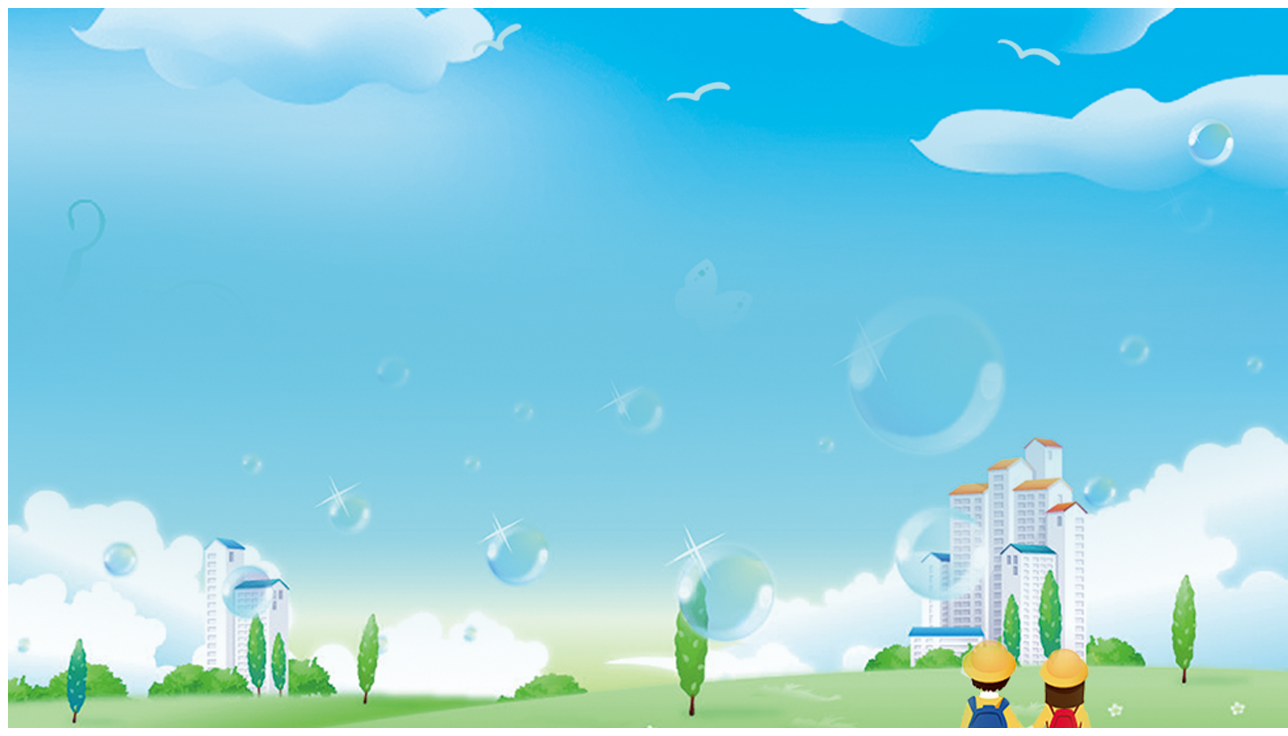
Repository: huangdesheng/classBrand
Page: / (app in classBrand/)
These files come from the project's save history. The page is drawn as it stood at one moment and after the next save; the edit follows.
The browser window is 1280 px wide. The page is 1288 px wide, then 1280 px, so the pictures cover 1288 px, including what lies to the right of the window. The pictures show the whole page.
The project was rebuilt for these pictures with package versions that can differ from the ones it lists, and the page was loaded fresh each time.

Above is the page before, as saved 2019-08-23 09:39:49.

After the next save:
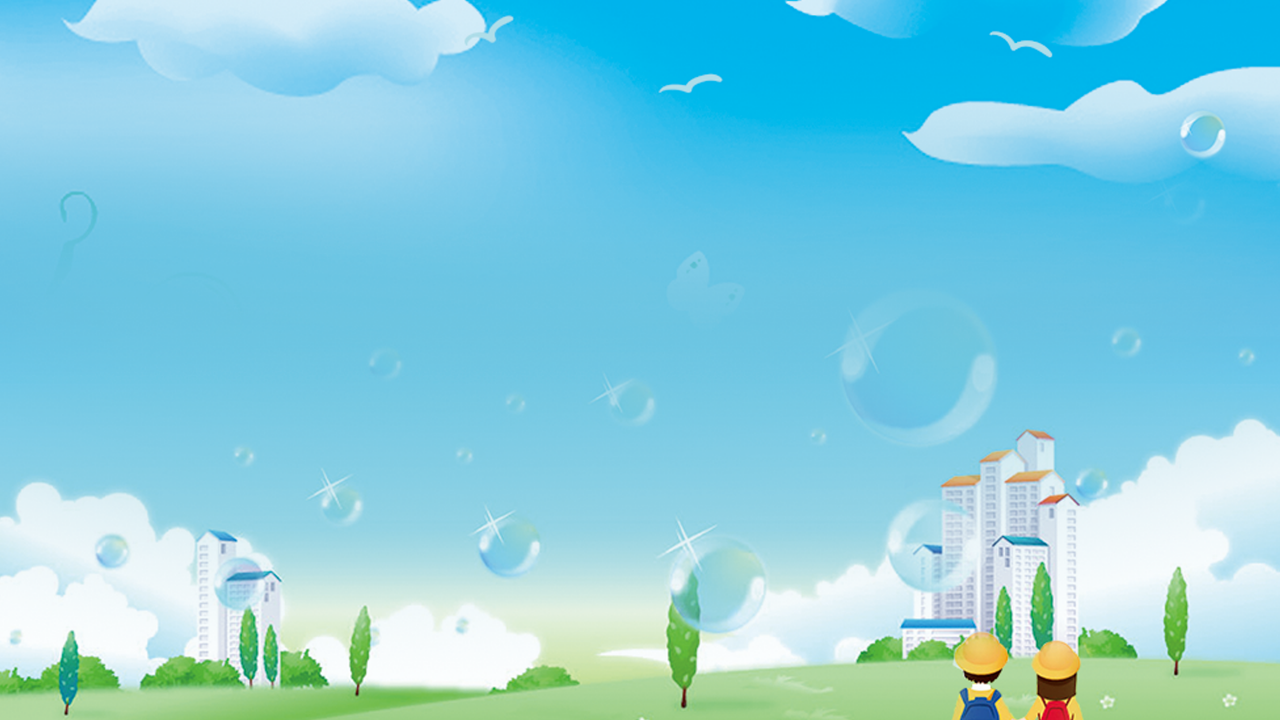
Saved 34 s later.
--- a/classBrand/src/App.vue
+++ b/classBrand/src/App.vue
@@ -18,6 +18,9 @@ export default {
   background-size: cover;
   background-repeat: no-repeat;
   background-position: center;
+  position: fixed;
+  left: 0;
+  top: 0;
 }
 #app {
   .bt;
